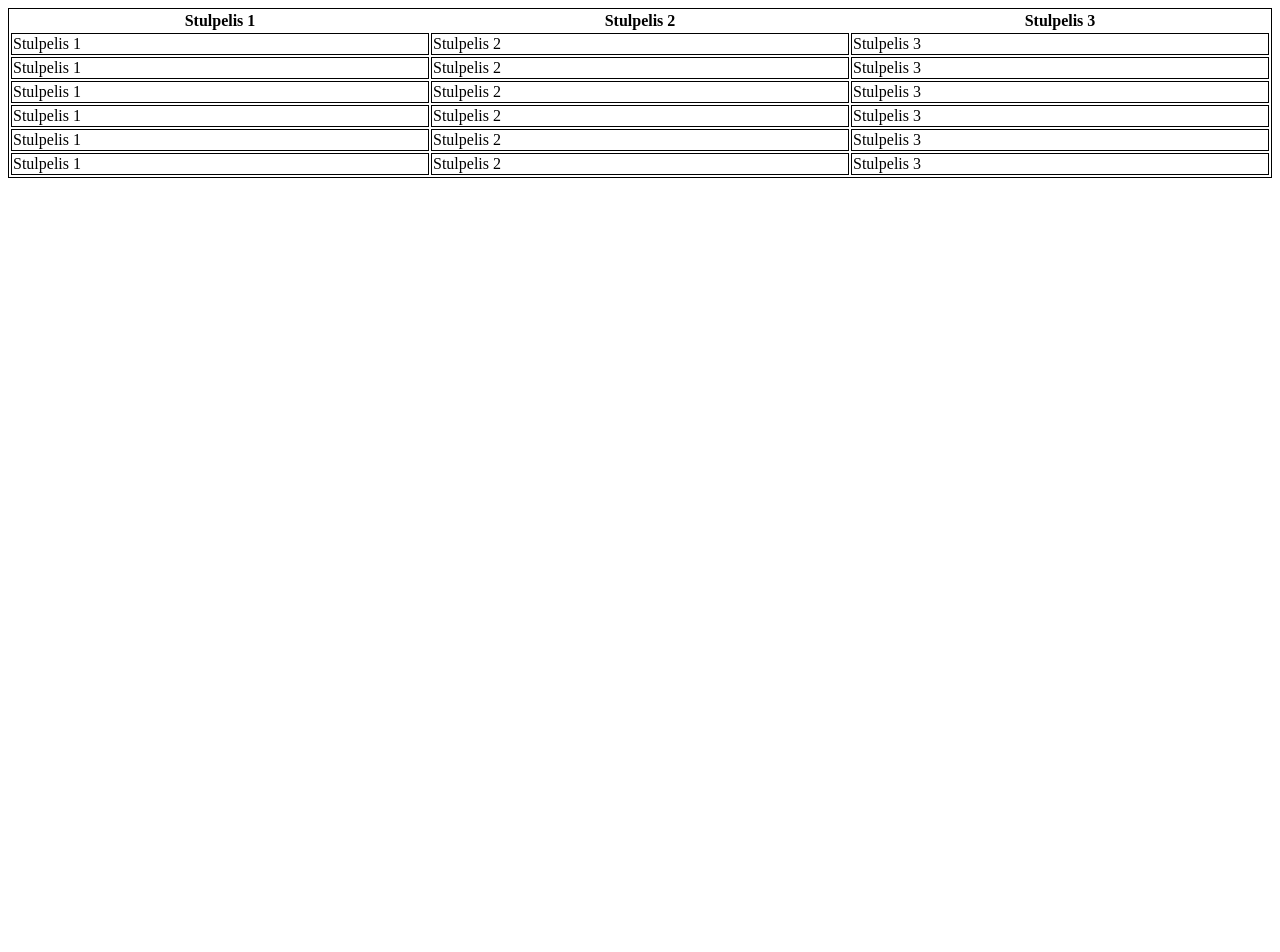
Repository: motiejus1/10-paskaita-05.31
Page: index.html
The author's editor kept a copy of each file at every save. The page is drawn from the files as they stood at one save, then again after the next save.
The browser window is 1280 px wide. The pictures show the part of the page from y = 0 to 952 px (the page is 3186 px tall before and 3188 px after).
Backgrounds fixed to the window are drawn as part of the page.

Above is the page before, as saved 2021-06-16 19:47:51.

### index.html
<!DOCTYPE html>
<html lang="en">
<head>
    <meta charset="UTF-8">
    <meta http-equiv="X-UA-Compatible" content="IE=edge">
    <meta name="viewport" content="width=device-width, initial-scale=1.0">
    <title>10 paskaita</title>

    <style>
        .container {
            width: 100%;
            height: 1800px;
        }


        /* Fono spalvos */

        .fonas-spalva {
            background-color: green;
            opacity: 0.7;
        }

        .fonas {
            background-color: #657AD3;
            opacity: 0.7;
        }

        .fonas-rgb {
            background-color:rgb(101, 122, 211);
            opacity: 0.7;
        }

        .fonas-rgba {
            background-color:rgba(101, 122, 211, 0.7);
        }

        /* Paveiksliukas kaip fonas */
        .paveiksliukas {
            height: 100%;
            background-image: url("https://images.unsplash.com/photo-1593642531955-b62e17bdaa9c?ixid=MnwxMjA3fDF8MHxwaG90by1wYWdlfHx8fGVufDB8fHx8&ixlib=rb-1.2.1&auto=format&fit=crop&w=750&q=80");
            background-color:grey;
            background-repeat: no-repeat;
            opacity: 0.7;
            background-attachment: fixed;
            /* background-position: 5px 5px; */
            /* background-position: center center; */
            /* background-size: 100% 100%; */
            /* background-size: contain; background-size: 100% */
            /* background-size: cover; */


        }

        table {
            border: 1px solid black;
            margin-bottom: 1200px;
            width: 100%;
        }

        td {
            border: 1px solid black;
        }

    </style>
</head>
<body>

    <table>
        <tr>
            <th>Stulpelis 1</th>
            <th>Stulpelis 2</th>
            <th>Stulpelis 3</th>
        </tr>
        <tr>
            <td>Stulpelis 1</td>
            <td>Stulpelis 2</td>
            <td>Stulpelis 3</td>
        </tr>
        <tr>
            <td>Stulpelis 1</td>
            <td>Stulpelis 2</td>
            <td>Stulpelis 3</td>
        </tr>
        <tr>
            <td>Stulpelis 1</td>
            <td>Stulpelis 2</td>
            <td>Stulpelis 3</td>
        </tr>
        <tr>
            <td>Stulpelis 1</td>
            <td>Stulpelis 2</td>
            <td>Stulpelis 3</td>
        </tr>
        <tr>
            <td>Stulpelis 1</td>
            <td>Stulpelis 2</td>
            <td>Stulpelis 3</td>
        </tr>
        <tr>
            <td>Stulpelis 1</td>
            <td>Stulpelis 2</td>
            <td>Stulpelis 3</td>
        </tr>
    </table>

    <div class="container fonas-rgba">
        <div class="paveiksliukas">
            Tekstas
        </div>
    </div>
</body>
</html>

After the next save:
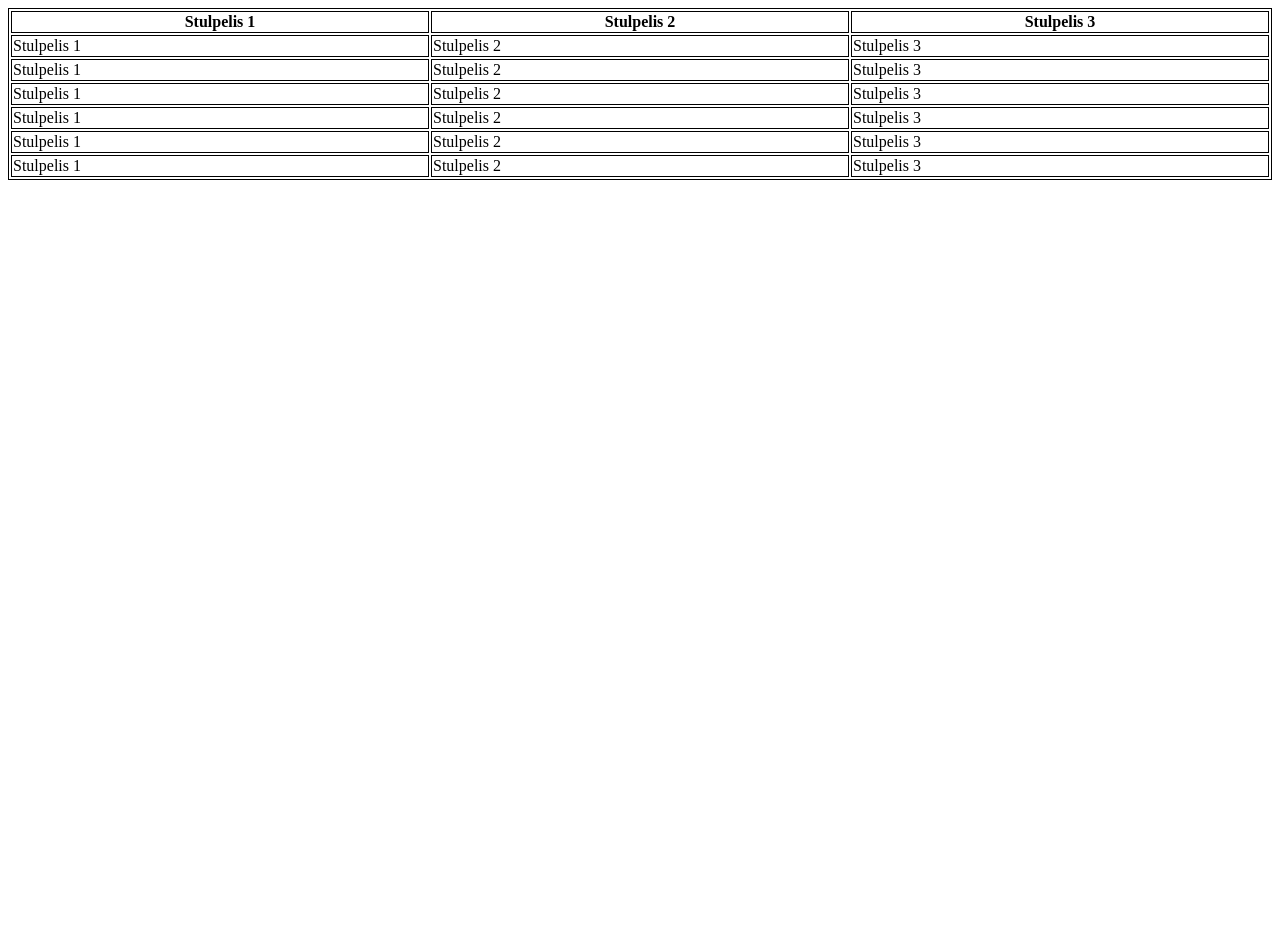
Saved 26 s later.
--- a/index.html
+++ b/index.html
@@ -57,7 +57,7 @@
             width: 100%;
         }
 
-        td {
+        td, th {
             border: 1px solid black;
         }
 
